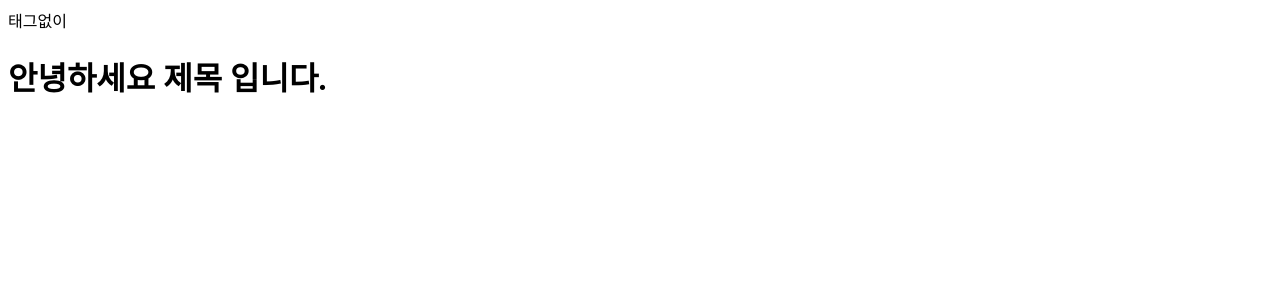
Repository: SeungwanHong/Web-jsp-
Page: 20170413/WebContent/main01.html
These files come from the project's save history. The page is drawn as it stood at one moment and after the next save; the edit follows.
The browser window is 1280 px wide. The pictures show the whole page.

Above is the page before, as saved 2017-04-13 00:34:52.

After the next save:
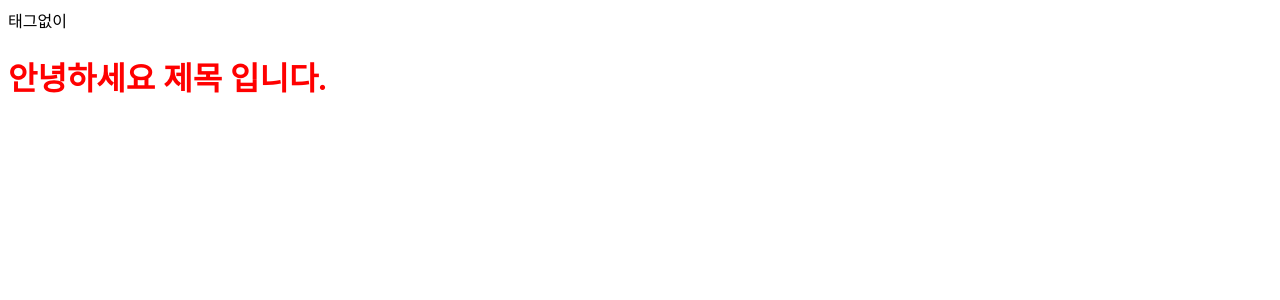
Saved 78 s later.
--- a/20170413/WebContent/main01.html
+++ b/20170413/WebContent/main01.html
@@ -12,7 +12,7 @@
 	id, class, name 등등이 대표적인 속성
 
  -->
-	태그없이<h1>안녕하세요 제목 입니다.</h1>
+	태그없이<h1 style="color:red">안녕하세요 제목 입니다.</h1>
 
 </body>
 </html>
